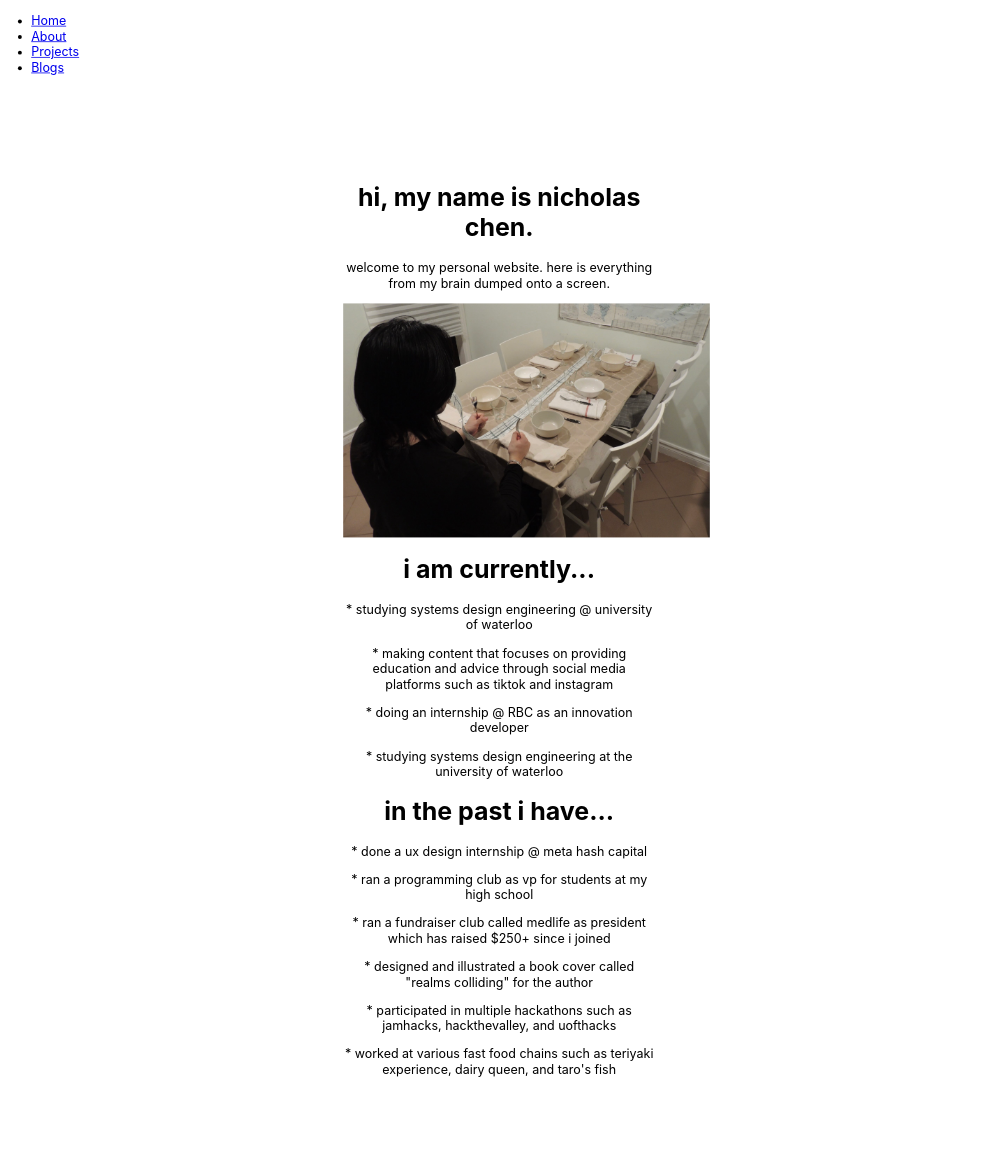
Repository: nicholaschen09/personalWebsite
Page: /
An editor plug-in stored every save of this project. The page is shown before and after the next save, followed by the edit.
The browser window is 1280 px wide. The pictures show the whole page, at 78% of full size.
The project was rebuilt for these pictures with package versions that can differ from the ones it lists, and the page was loaded fresh each time. Also part of the build but not shown: src/components/About.css, src/components/About.js, src/components/Projects.css, src/components/Projects.js, src/components/Blog.css, src/components/Blog.js, src/components/Miscellaneous.css, src/components/Miscellaneous.js and 4 more.

Above is the page before, as saved 2024-05-23 13:45:30.

### src/App.js
import React from 'react';
import { BrowserRouter as Router, Route, Routes, Link } from 'react-router-dom';
import About from './components/About.js';
import Home from './components/Home.js';
import Projects from './components/Projects.js';
import Blog from './components/Blog.js';
import Miscellaneous from './components/Miscellaneous.js';
import Design from './components/Design.js';
import Engineering from './components/Engineering.js';

function App() {
  return (
    <Router>
      <div>
        <nav>
          <ul>
            <li>
              <Link to="/">Home</Link>
            </li>
            <li>
              <Link to="/about">About</Link>
            </li>
            <li>
              <Link to="/projects">Projects</Link>
            </li>
            <li>
              <Link to="/blogs">Blogs</Link>
            </li>
          </ul>
        </nav>

        <Routes>
          <Route path="/about" element={<About />} />
          <Route path="/" element={<Home />} />
          <Route path="/projects" element={<Projects />} />
          <Route path="/blogs" element={<Blog />} />
          <Route path="/projects/miscellaneous" element={<Miscellaneous />} />
          <Route path="/projects/design" element={<Design />} />
          <Route path="/projects/engineering" element={<Engineering />} />
        </Routes>
      </div>
    </Router>
  );
}

export default App;

### src/components/Home.js
// src/components/Home/Home.js
import React from 'react';
import './Home.css';

const Home = () => {
    return (
        <div className="home">
            <h1>hi, my name is nicholas chen. </h1>
            <p>welcome to my personal website. here is everything from my brain dumped onto a screen.</p>
            <img src={process.env.PUBLIC_URL + '/DSCN3098_2.jpg'}alt="DinnerImage" className="DinnerImage" />

            <h1> i am currently...</h1>
            <p> * studying systems design engineering @ university of waterloo</p>
            <p> * making content that focuses on providing education and advice through social media platforms such as tiktok and instagram</p>
            <p> * doing an internship @ RBC as an innovation developer</p>
            <p> * studying systems design engineering at the university of waterloo</p>

            <h1>in the past i have...</h1>
            <p>* done a ux design internship @ meta hash capital </p>
            <p>* ran a programming club as vp for students at my high school </p>
            <p>* ran a fundraiser club called medlife as president which has raised $250+ since i joined </p>
            <p>* designed and illustrated a book cover called "realms colliding" for the author</p>
            <p>* participated in multiple hackathons such as jamhacks, hackthevalley, and uofthacks </p>
            <p>* worked at various fast food chains such as teriyaki experience, dairy queen, and taro's fish </p>
        </div>
        );



    };
         <div className="column">
         <h1>work experience</h1>
         </div>


export default Home;

### src/components/Home.css
/* src/components/Home/Home.css */
.home {
    text-align: center;
    padding: 100px;
    width: 400px;
    margin-left: auto;
    margin-right: auto;
}
.DinnerImage {
    width: 470px;
    height: 300px;
    margin-left: auto;
    margin-right: auto;
    display: block;
}

Loaded but not shown: public/index.html (common file); src/index.js (common file); src/index.css (common file); src/reportWebVitals.js (common file)

After the next save:
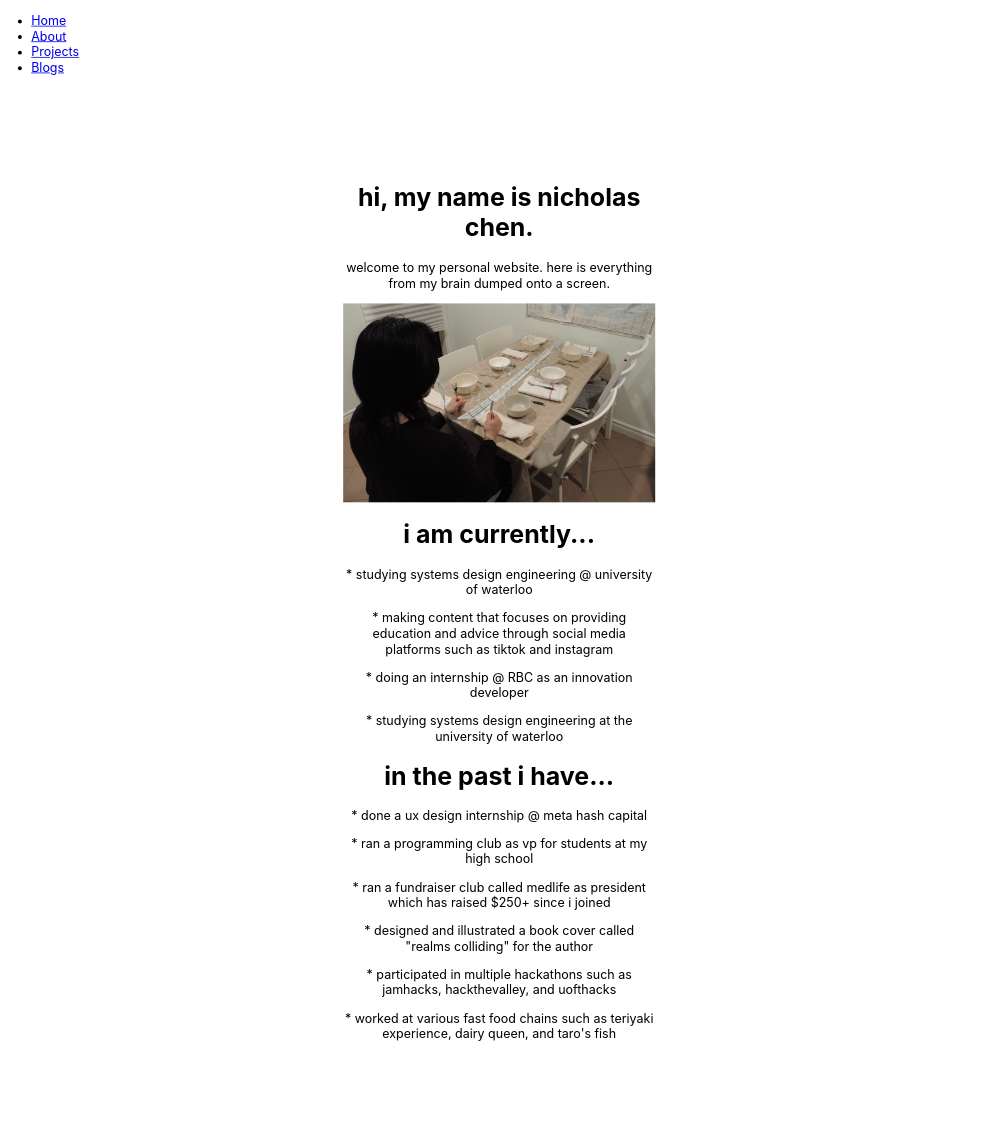
Saved 24 s later.
--- a/src/components/Home.css
+++ b/src/components/Home.css
@@ -7,8 +7,8 @@
     margin-right: auto;
 }
 .DinnerImage {
-    width: 470px;
-    height: 300px;
+    width: 100%;
+    height: 100%;
     margin-left: auto;
     margin-right: auto;
     display: block;
